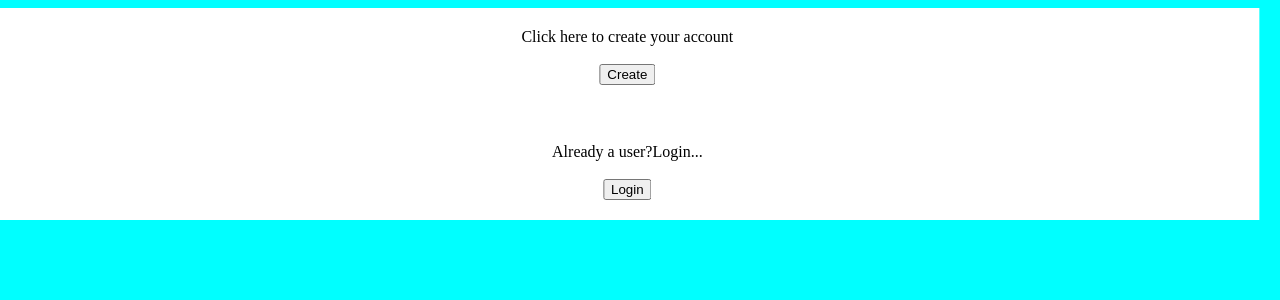
Repository: rosikraj/TurbifyTraining
Page: Wallet/WebContent/button.html
These files come from the project's save history. The page is drawn as it stood at one moment and after the next save; the edit follows.
The browser window is 1280 px wide. The pictures show the whole page.

Above is the page before, as saved 2023-09-24 05:59:24.

### Wallet/WebContent/button.html
<!DOCTYPE html>
<html>
<head>
<meta charset="ISO-8859-1">
<title>Insert title here</title>
<script type="text/javascript">
        window.history.forward();
        function noBack() {
            window.history.forward();
        }
    </script>
<style>
    	form{
    		background-color:white;
    		align:center;
    		display:block;

    		padding:20px;
    		transform:translateX(-1%);
    	}
    </style>
</head>
<body bgcolor="cyan" text="black">
<center>
<form method="post" action="create.jsp">
Click here to create your account<br><br>

<input type="submit" name="create" value="Create"><br><br>
</form>
<form method="post" action="login.jsp">
Already a user?Login...<br><br>
<input type="submit" name="login" value="Login">
</form>
</center>
</body>
</html>

After the next save:
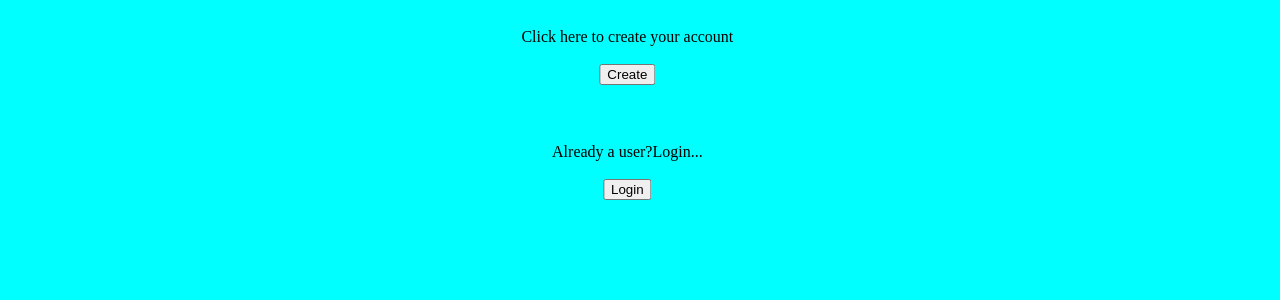
Saved 33 s later.
--- a/Wallet/WebContent/button.html
+++ b/Wallet/WebContent/button.html
@@ -11,7 +11,7 @@
     </script>
 <style>
     	form{
-    		background-color:white;
+
     		align:center;
     		display:block;
 
